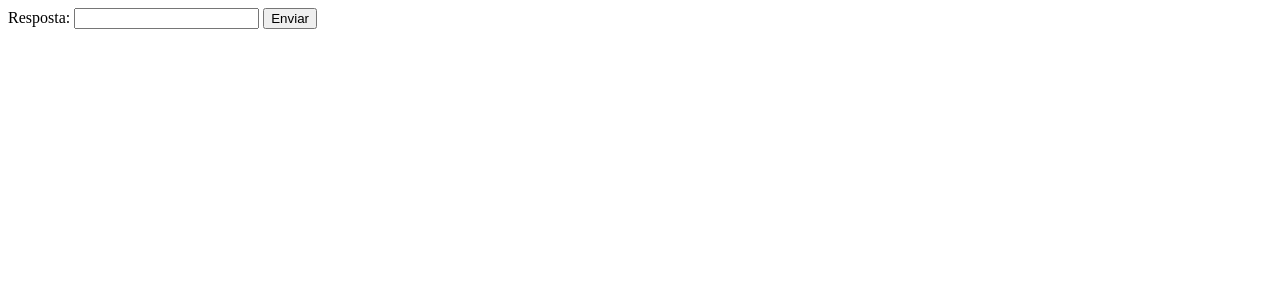
Repository: leobritto-sudo/curso-desenvolvimento-web
Page: Seção 08 - JavaScript Moderno (ECMAScript 2015 - ES6) e Orientação de Objetos/ES6/generators_parte2.html
These files come from the project's save history. The page is drawn as it stood at one moment and after the next save; the edit follows.
The browser window is 1280 px wide. The pictures show the whole page.

Above is the page before, as saved 2022-02-25 11:35:02.

### Seção 08 - JavaScript Moderno (ECMAScript 2015 - ES6) e Orientação de Objetos/ES6/generators_parte2.html
<!DOCTYPE html>
<html lang="pt-br">
<head>
    <meta charset="UTF-8">
    <meta http-equiv="X-UA-Compatible" content="IE=edge">
    <meta name="viewport" content="width=device-width, initial-scale=1.0">
    <title>ES6</title>

</head>
<body>
        <script>

            function* conversar() {
                let opcao = yield 'Eai, tudo bem?'

                if(opcao == 'Sim' || opcao == 'sim') {
                    yield 'Ótimo, fico feliz!'
                }
                else {
                    yield 'Uma pena amigão, pioras pra você!'
                }

                yield 'Digite 1 para compras, 2 para vendas ou 3 para falar com o atendente'
            }

            let conversa = conversar()

            function acao() {

                let resposta = document.getElementById('resposta').value
                let iteracao = conversa.next(resposta)
                console.log(iteracao)
            }

        </script>

    <div id="teste">
        Resposta: <input type="text" id="resposta">
        <button type="button" onclick="acao()">Enviar</button>
    </div>

</body>
</html>

After the next save:
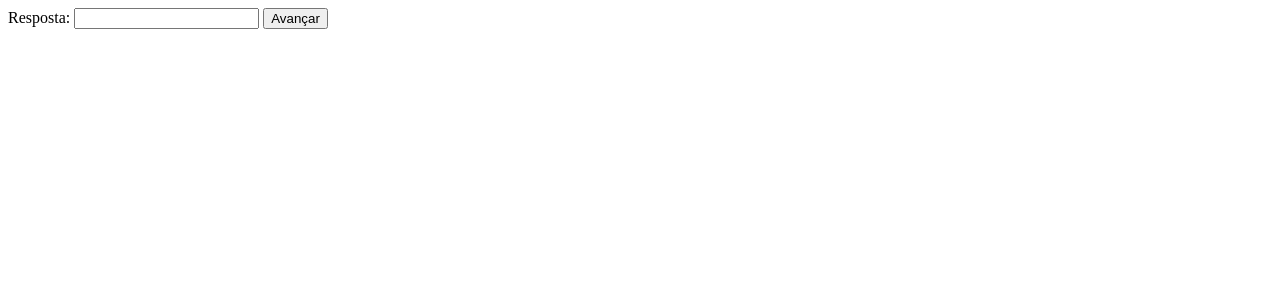
Saved 3 min 45 s later.
--- a/Seção 08 - JavaScript Moderno (ECMAScript 2015 - ES6) e Orientação de Objetos/ES6/generators_parte2.html
+++ b/Seção 08 - JavaScript Moderno (ECMAScript 2015 - ES6) e Orientação de Objetos/ES6/generators_parte2.html
@@ -15,12 +15,20 @@
 
                 if(opcao == 'Sim' || opcao == 'sim') {
                     yield 'Ótimo, fico feliz!'
+                    opcao = yield 'Como posso te ajudar? Quer uma piada para começar melhor ainda o dia?'
+
+                    if(opcao == 'Sim' || opcao == 'sim') {
+
+                    }
+                    else {
+
+                    }
                 }
                 else {
                     yield 'Uma pena amigão, pioras pra você!'
+
+                    yield 'Digite 1 para compras, 2 para vendas ou 3 para falar com o atendente'
                 }
-
-                yield 'Digite 1 para compras, 2 para vendas ou 3 para falar com o atendente'
             }
 
             let conversa = conversar()
@@ -36,7 +44,7 @@
 
     <div id="teste">
         Resposta: <input type="text" id="resposta">
-        <button type="button" onclick="acao()">Enviar</button>
+        <button type="button" onclick="acao()">Avançar</button>
     </div>
 
 </body>
